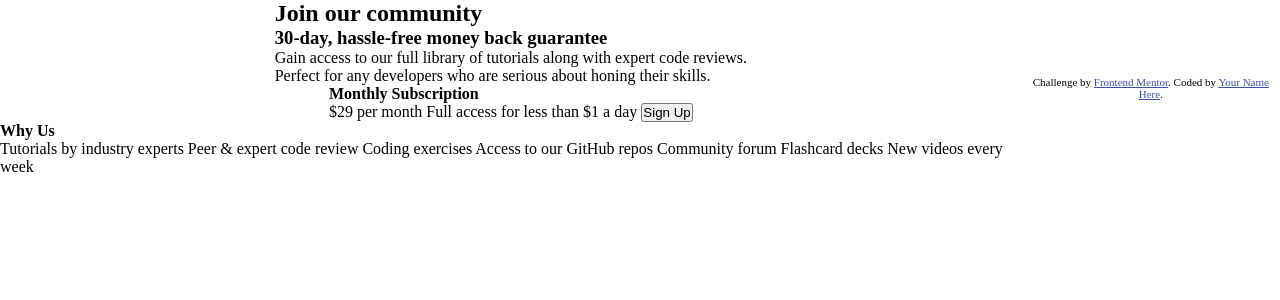
Repository: jminervino/PriceGridComponent
Page: index.html
An editor plug-in stored every save of this project. The page is shown before and after the next save, followed by the edit.
The browser window is 1280 px wide. The pictures show the whole page.

Above is the page before, as saved 2022-02-05 22:53:02.

### index.html
<!DOCTYPE html>
<html lang="en">
<head>
  <meta charset="UTF-8">
  <meta name="viewport" content="width=device-width, initial-scale=1.0"> <!-- displays site properly based on user's device -->

  <link rel="icon" type="image/png" sizes="32x32" href="./images/favicon-32x32.png">
  <link rel="stylesheet" href="style.css">

  <title>Frontend Mentor | Single Price Grid Component</title>

  <!-- Feel free to remove these styles or customise in your own stylesheet 👍 -->
  <style>
    .attribution { font-size: 11px; text-align: center; }
    .attribution a { color: hsl(228, 45%, 44%); }
  </style>
</head>
<body>
    <div class="container">
        <div>
            <h2>Join our community</h2>

            <h3>30-day, hassle-free money back guarantee</h3>

            <p>
                Gain access to our full library of tutorials along with expert code reviews. <br>
                Perfect for any developers who are serious about honing their skills.
            </p>
        </div>
        <div>
            <h4>Monthly Subscription</h4>

            &dollar;29 per month

            Full access for less than &dollar;1 a day

            <button>Sign Up</button>
        </div>
        <div>
            <h4>Why Us</h4>
            <p>
                Tutorials by industry experts
                Peer &amp; expert code review
                Coding exercises
                Access to our GitHub repos
                Community forum
                Flashcard decks
                New videos every week
            </p>

        </div>
    </div>
  <footer>
    <p class="attribution">
      Challenge by <a href="https://www.frontendmentor.io?ref=challenge" target="_blank">Frontend Mentor</a>.
      Coded by <a href="#">Your Name Here</a>.
    </p>
  </footer>
</body>
</html>

### style.css
* {
    margin: 0;
    padding: 0;
}

body {
    background-color: ;
    display: flex;
    align-items: center;
    justify-content: center;
}

.container {
    display: flex;
    align-items: center;
    justify-content: center;
    flex-direction: column;
}

.box-one {

}

After the next save:
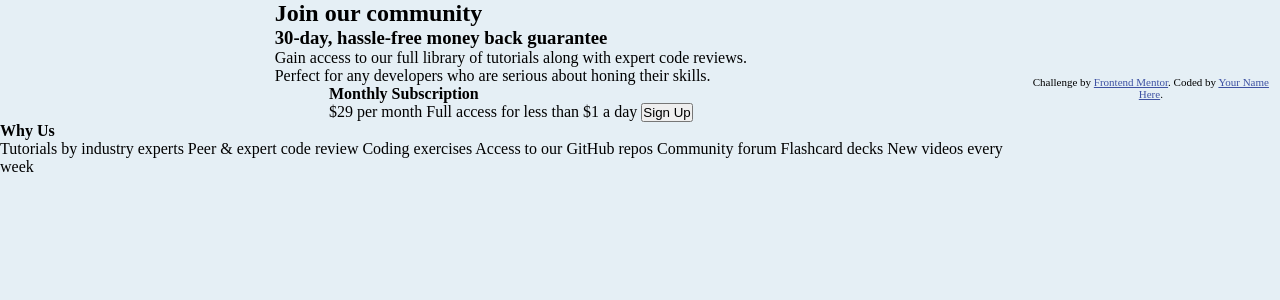
Saved 11 s later.
--- a/style.css
+++ b/style.css
@@ -4,7 +4,7 @@
 }
 
 body {
-    background-color: ;
+    background-color: hsl(204, 43%, 93%);
     display: flex;
     align-items: center;
     justify-content: center;
